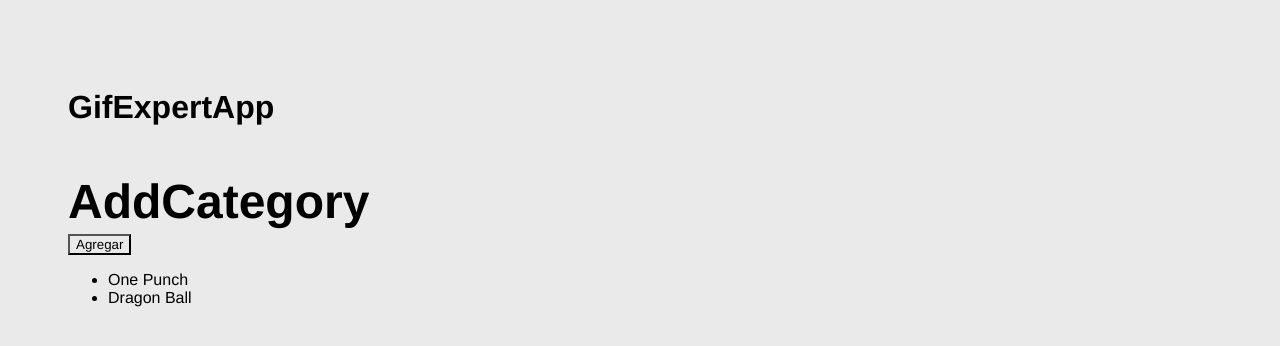
Repository: bryanesteban/gif-expert-app
Page: /
An editor plug-in stored every save of this project. The page is shown before and after the next save, followed by the edit.
The browser window is 1280 px wide. The pictures show the whole page.
The project was rebuilt for these pictures with package versions that can differ from the ones it lists, and the page was loaded fresh each time. Also part of the build but not shown: vite.config.js.

Above is the page before, as saved 2024-06-12 06:02:56.

### src/main.jsx
import React from 'react'
import ReactDOM from 'react-dom/client'
import { GifExpertApp } from './GifExpertApp'

import './styles.css';

ReactDOM.createRoot(document.getElementById('root')).render(
  <React.StrictMode>
    <GifExpertApp />
  </React.StrictMode>,
)

### src/GifExpertApp.jsx
import { useState } from "react";
import { AddCategory } from "./components/AddCategory";


export const GifExpertApp = () => {




    const [ categories , setCategories ] = useState([ 'One Punch', 'Dragon Ball']);

    const onAddCategory = () => {
        setCategories([...categories,'Fullmetal Alchemist']);
        // setCategories(cat => [...cat,'Fullmetal Alchemist']);
    }
    console.log(categories);

    return (
    <>
    {/*Titulo */}
    <h1>GifExpertApp</h1>
    {/*Input */}
    <AddCategory/>
    {/*Listado de gif */}
    <button onClick={ onAddCategory }>Agregar</button>
    <ul>
        { categories.map( category => {
                return <li key={category}>{category} </li>
        }) }

    </ul>
    {/* gif Item */}

    </>
  )
};

### src/components/AddCategory.jsx


export  const AddCategory = () =>{
    return (
        <h3>AddCategory</h3>
    )
}

Loaded but not shown: index.html (common file); src/styles.css (common file)

After the next save:
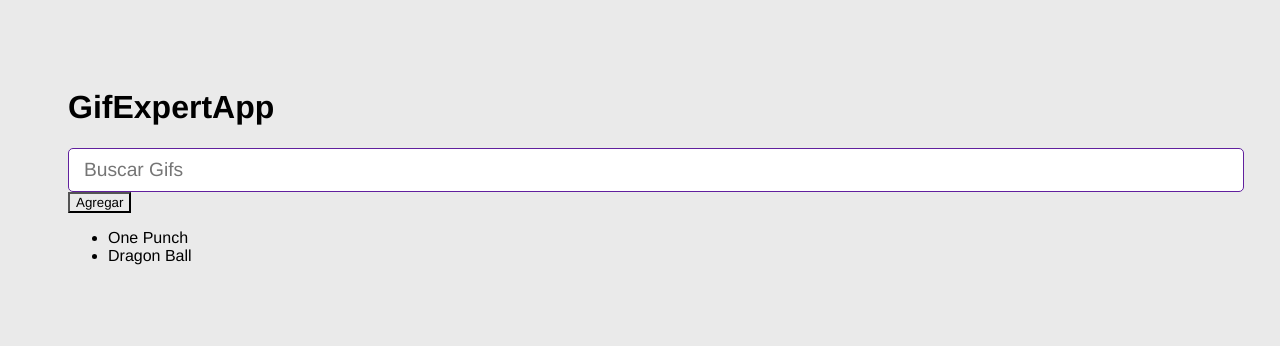
Saved 56 s later.
--- a/src/components/AddCategory.jsx
+++ b/src/components/AddCategory.jsx
@@ -2,6 +2,12 @@
 
 export  const AddCategory = () =>{
     return (
-        <h3>AddCategory</h3>
+        <input
+            type="text"
+            placeholder="Buscar Gifs"
+
+
+        />
+
     )
 }
